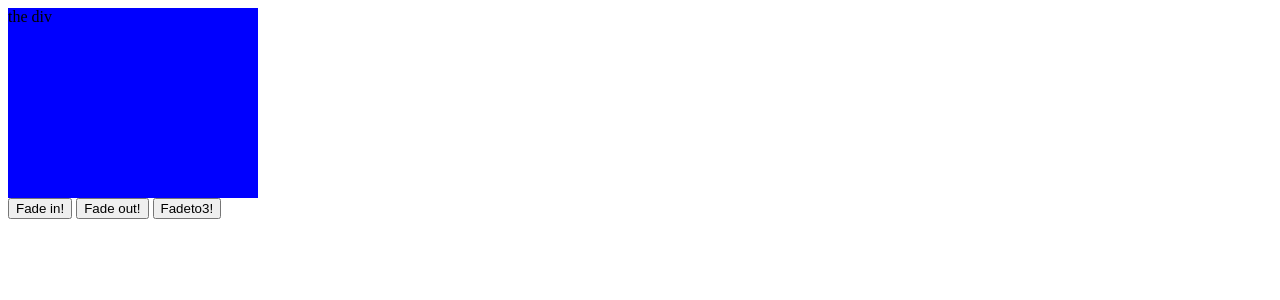
Repository: PoojaShirwaikar/BlockhainTest
Page: javascript/JQueryDemo/WebContent/DEMO3.html
These files come from the project's save history. The page is drawn as it stood at one moment and after the next save; the edit follows.
The browser window is 1280 px wide. The pictures show the whole page.
After loading, the first visible `#Fadeto3` was clicked once.
Some web libraries are served in a nearby version.

Above is the page before, as saved 2017-11-13 09:05:54.

After the next save:
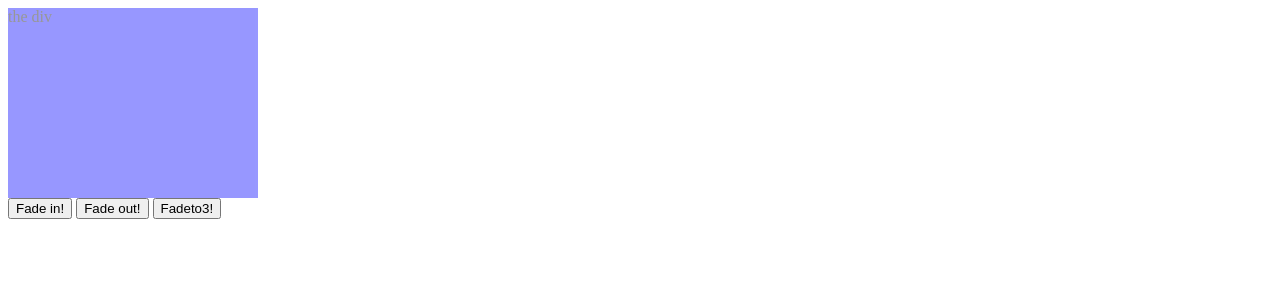
Saved 34 s later.
--- a/javascript/JQueryDemo/WebContent/DEMO3.html
+++ b/javascript/JQueryDemo/WebContent/DEMO3.html
@@ -23,7 +23,7 @@ div {
 		})
 
 		$("#Fadeto3").click(function() {
-			$("#thediv").fadeTo();
+			$("#thediv").fadeTo(2000,0.3);
 		})
 	});
 </script>
